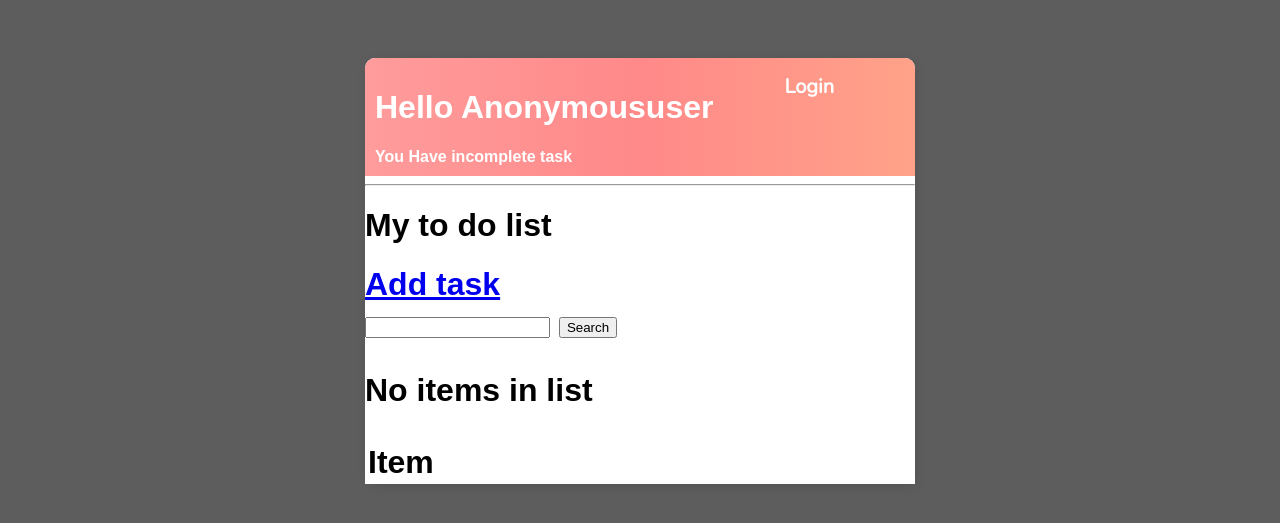
Repository: Justin-Panagos/todoList
Page: base/templates/base/task_list.html
The author's editor kept a copy of each file at every save. The page is drawn from the files as they stood at one save, then again after the next save.
The browser window is 1280 px wide. The pictures show the whole page.
The template is drawn by Django 3.2. The application's start-up code is not run. Other server files are loaded and not shown. The template is opened directly, without the code that normally fills it, so the values that code supplies are empty.

Above is the page before, as saved 2021-08-29 11:05:48.

### base/templates/base/task_list.html
{% extends 'base/main.html' %}
{% block content %}

<div class="header-bar">
    <div>
        <h1> Hello {{request.user|title}}</h1>
        <h4 style="margin:0;">You Have <b>{{count}}</b> incomplete task{{count|pluralize}}</h4>
    </div>
    {% if request.user.is_authenticated %}
    <a href="{% url 'logout' %}"><b>Logout</b></a>
    {% else %}
    <a href="{% url 'login' %}"><b>Login</a>
    {% endif %}
</div>

<hr>
<h1>My to do list {{color}}<h1>
<a href="{% url 'task-create' %}" >Add task</a>
<form method="GET">
    <input type="text" name="search-area" value="{{search_input}}" />
    <input type="submit" value="Search"/>
</form>
<table>
    <tr>
        <th>Item</th>
        <th></th>
        <th></th>
    </tr>
    {% for task in tasks %}
    <tr>
        <td>{{task.title}}</td>
        <td><a href="{% url 'task-update' task.id%}">Edit</a></td>
        <td><a href="{% url 'task-delete' task.id%}">Delete</a></td>
    </tr>
    {% empty %}
    <p>No items in list</p>
    {% endfor %}
</table>

{% endblock content %}

### base/templates/base/main.html
<!DOCTYPE html>

<html>
    <head>
        <meta charset="UTF-8">
        <meta http-equiv="X-UA-Compatible" content="IE=edge">
        <meta name="viewport" content="width=device-width, initial=1">
        <meta description="description" content="">
        <title>To Do Items</title>
        <link rel="preconnect" href="https://fonts.googleapis.com">
        <link rel="preconnect" href="https://fonts.gstatic.com" crossorigin>
        <link href="https://fonts.googleapis.com/css2?family=Nunito:wght@300&display=swap" rel="stylesheet">
        <style>
            body{
                background-color: #5D5D5D;
                font-family:'Nunito',sans-serif;
                padding-top:50px;
            }
            .container{
                max-width:550px;
                margin-left: auto;
                margin-right: auto;
                background-color: #FFF;
                border-radius:10px 10px 0 0;


                -webkit-box-shadow: 2px 2px 13px -4px rgba(0, 0, 0, 0.21);
                box-shadow: 2px 2px 13px 1-4px rgba(0, 0, 0, 0.21);
            }

            h1,h2,h3,h4,h5,h6{
                font-family:'Raleway',sans-serif;
            }

            a,p{
                text-size: 20px;
            }

            .header-bar{
                display: flex;
                justify-content:space-between;
                padding:10px;
                background: linear-gradient(90deg, #FF9C9C,#FF8989,#FFA289 100%);
                color: #FFFFFF;
                border-radius:10px 10px 0 0;
            }
            .header-bar a{
                color: #FFFFFF;

                padding:5px;
                font-size:20px;
                text-decoration:none;
            }
            .header-bar a:hover{
                transition: 0.15s;

            }

        </style>
    </head>
    <body>
        <div class="container">
            {% block content %}

            {% endblock content %}
        </div>
    </body>
<html>

After the next save:
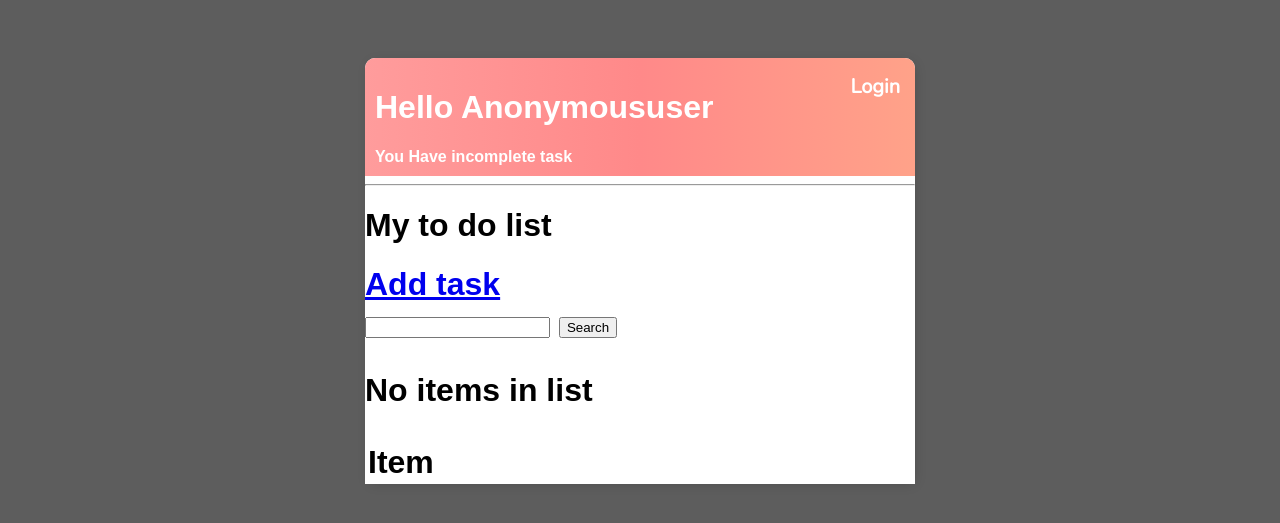
Saved 7 s later.
--- a/base/templates/base/task_list.html
+++ b/base/templates/base/task_list.html
@@ -9,7 +9,7 @@
     {% if request.user.is_authenticated %}
     <a href="{% url 'logout' %}"><b>Logout</b></a>
     {% else %}
-    <a href="{% url 'login' %}"><b>Login</a>
+    <a href="{% url 'login' %}"><b>Login</b></a>
     {% endif %}
 </div>
 
